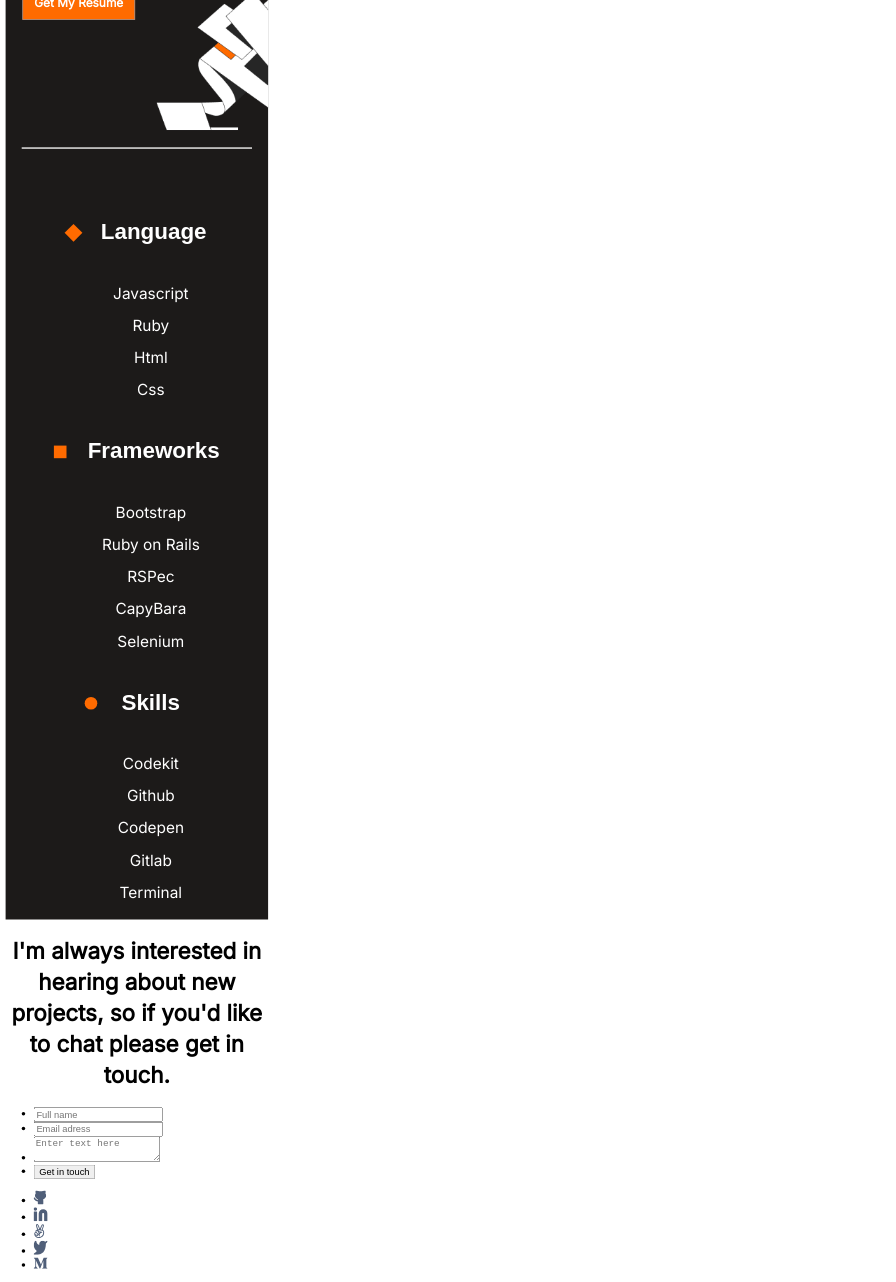
Repository: iBel251/portfolio
Page: index.html
The author's editor kept a copy of each file at every save. The page is drawn from the files as they stood at one save, then again after the next save.
The browser window is 1280 px wide. The pictures show the part of the page from y = 4522 to 6442 px (the page is 6354 px tall before and 6442 px after), at 70% of full size.
Some web fonts or font styles are not loaded; a fallback is used.

Above is the page before, as saved 2022-03-22 10:40:33.

After the next save:
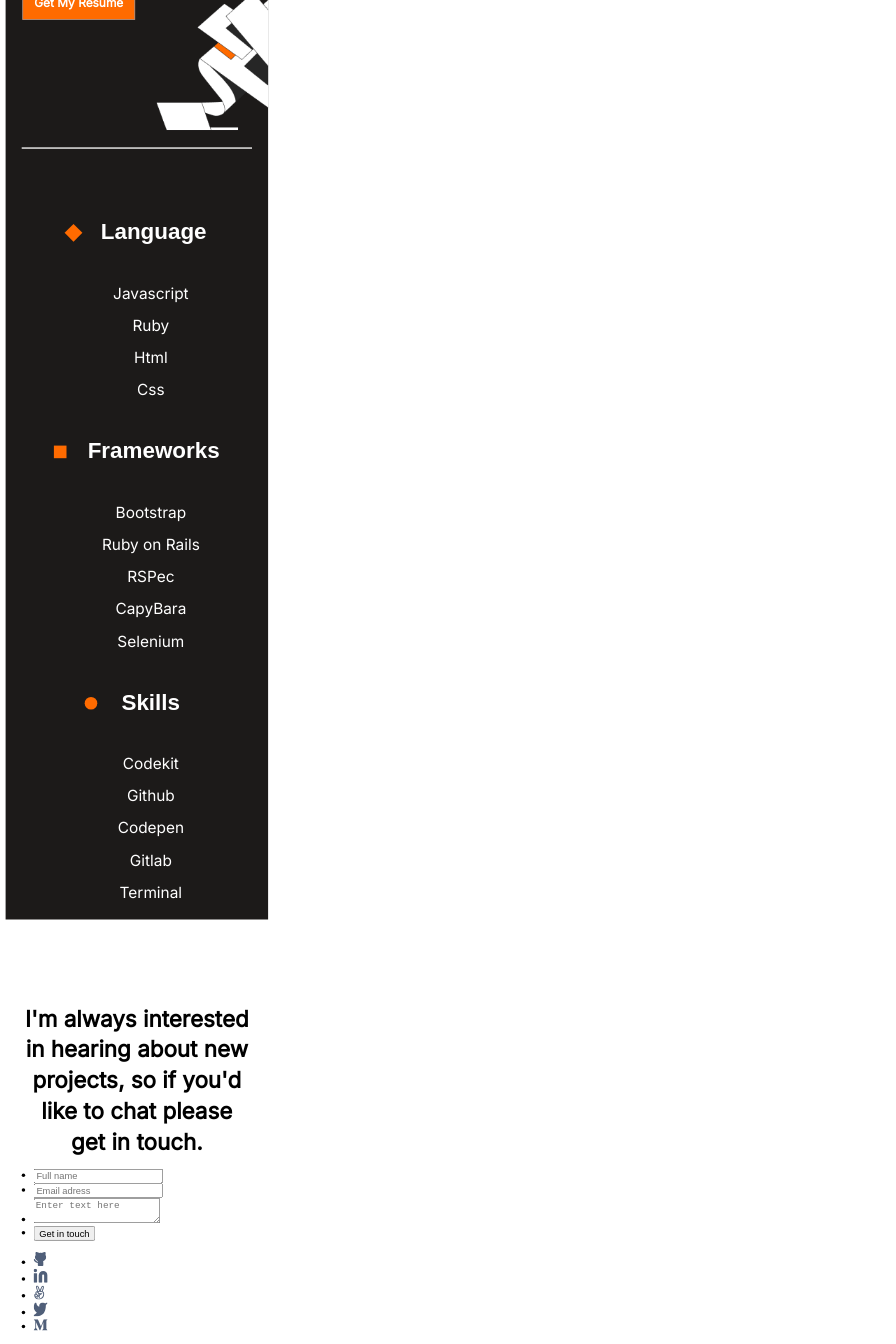
Saved 66 s later.
--- a/style.css
+++ b/style.css
@@ -413,5 +413,5 @@ line-height: 44px;
 text-align: center;
 order: 0;
 flex-grow: 0;
-margin: 24px 0px;
-}
+margin: 120px 24px 15px 24px;
+}
